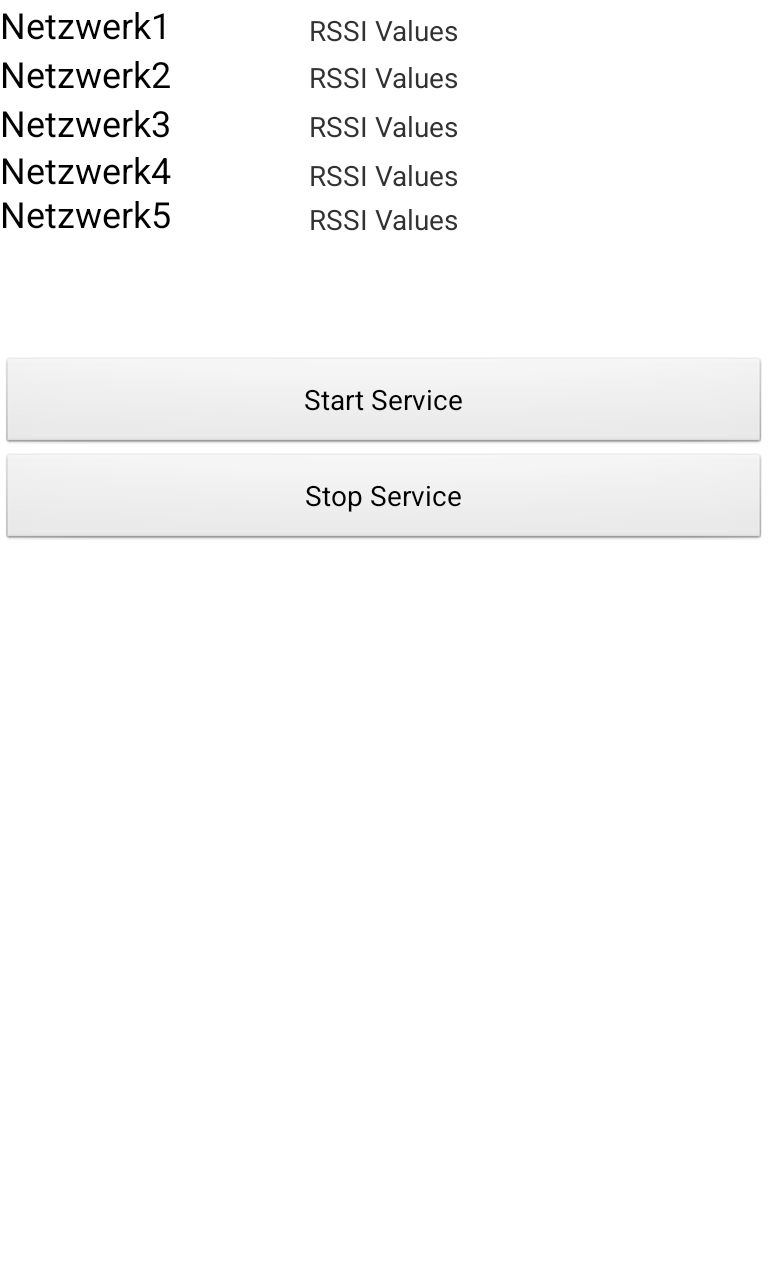
Repository: agejku/Embedded-Systems
Layout: Positionsensor/res/layout/main.xml
These files come from the project's save history. The layout is drawn as it stood at one moment and after the next save; the edit follows.
It is drawn on a 768 x 1280 px phone screen (xhdpi) without system bars, with theme AppTheme; the app's code is not run.

Above is the layout before, as saved 2014-04-23 11:16:09.

After the next save:
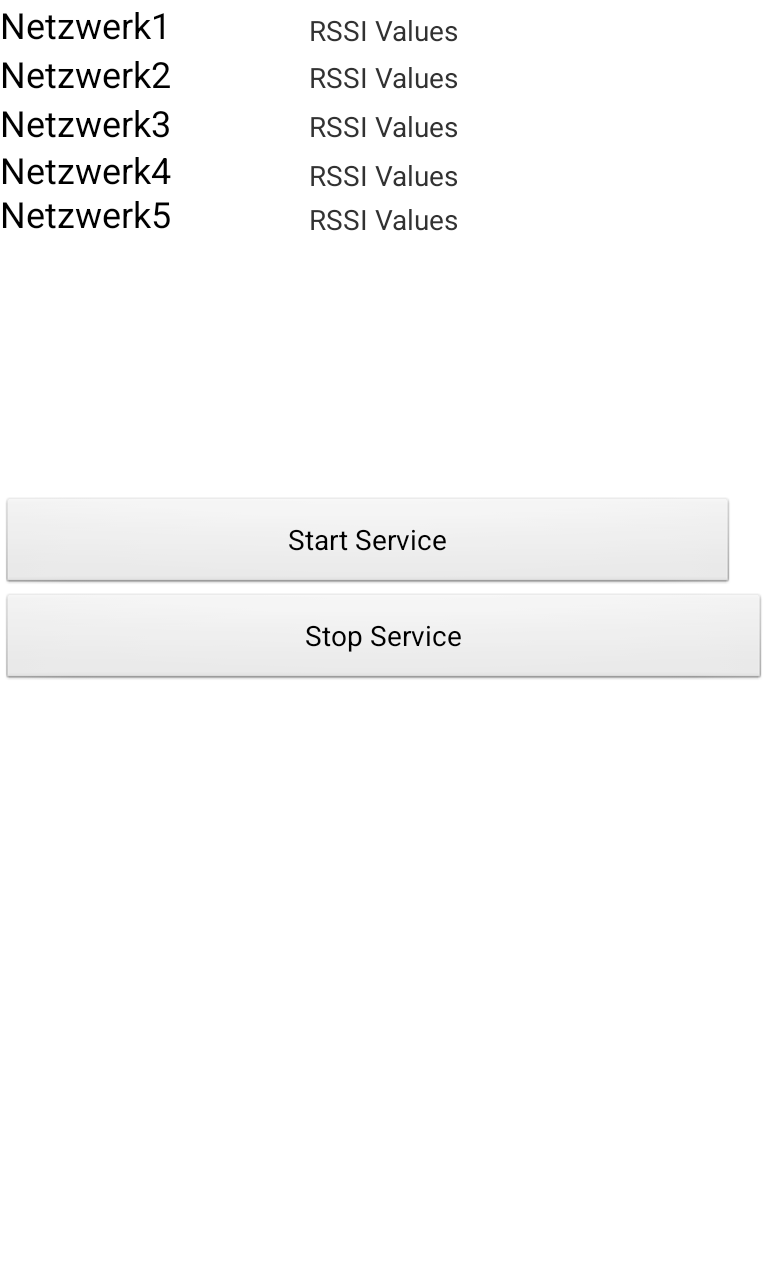
Saved 7 min 32 s later.
--- a/Positionsensor/res/layout/main.xml
+++ b/Positionsensor/res/layout/main.xml
@@ -4,15 +4,6 @@
     android:layout_width="fill_parent"
     android:layout_height="fill_parent"
     android:orientation="vertical" >
-
-   <Button
-       android:id="@+id/btnStopService"
-       android:layout_width="fill_parent"
-       android:layout_height="wrap_content"
-       android:layout_alignParentLeft="true"
-       android:layout_below="@+id/btnStartService"
-       android:onClick="stopService"
-       android:text="@string/stop_service" />
 
    <TextView
        android:id="@+id/network2"
@@ -49,16 +40,6 @@
        android:layout_alignBottom="@+id/network3"
        android:layout_alignLeft="@+id/rssiNet2"
        android:text="@string/start_rssi" />
-
-   <Button
-       android:id="@+id/btnStartService"
-       android:layout_width="fill_parent"
-       android:layout_height="wrap_content"
-       android:layout_alignParentLeft="true"
-       android:layout_alignParentTop="true"
-       android:layout_marginTop="178dp"
-       android:onClick="startService"
-       android:text="@string/start_service" />
 
    <TextView
        android:id="@+id/rssiNet1"
@@ -113,4 +94,25 @@
        android:layout_alignLeft="@+id/rssiNet4"
        android:text="@string/start_rssi" />
 
+   <Button
+       android:id="@+id/btnStopService"
+       android:layout_width="fill_parent"
+       android:layout_height="wrap_content"
+       android:layout_alignParentLeft="true"
+       android:layout_centerVertical="true"
+       android:maxWidth="100dp"
+       android:onClick="stopService"
+       android:text="@string/stop_service" />
+
+   <Button
+       android:id="@+id/btnStartService"
+       android:layout_width="fill_parent"
+       android:layout_height="wrap_content"
+       android:layout_above="@+id/btnStopService"
+       android:layout_alignParentRight="true"
+       android:layout_marginRight="16dp"
+       android:minWidth="20dp"
+       android:onClick="startService"
+       android:text="@string/start_service" />
+
 </RelativeLayout>
